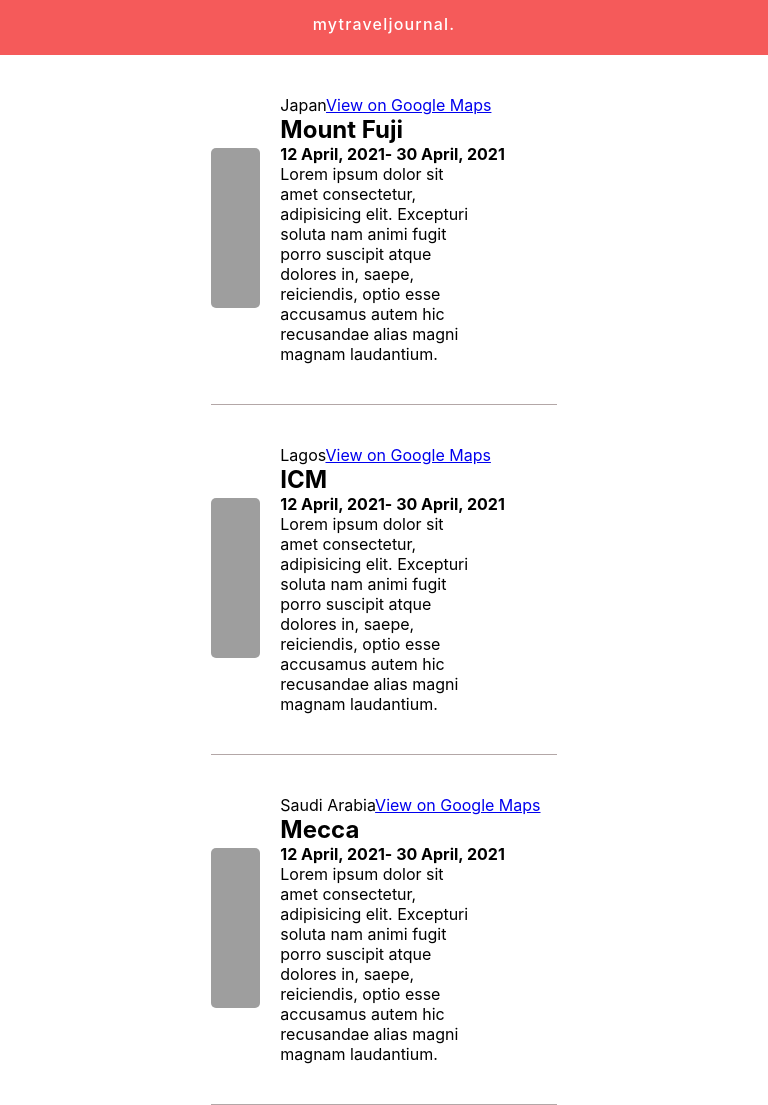
Repository: BuduCE/travel-journal
Page: /
These files come from the project's save history. The page is drawn as it stood at one moment and after the next save; the edit follows.
The browser window is 768 px wide. The pictures show the whole page.
Pictures or frames that could not be fetched are drawn as grey boxes. The project was rebuilt for these pictures with package versions that can differ from the ones it lists, and the page was loaded fresh each time.

Above is the page before, as saved 2022-08-25 13:43:36.

After the next save:
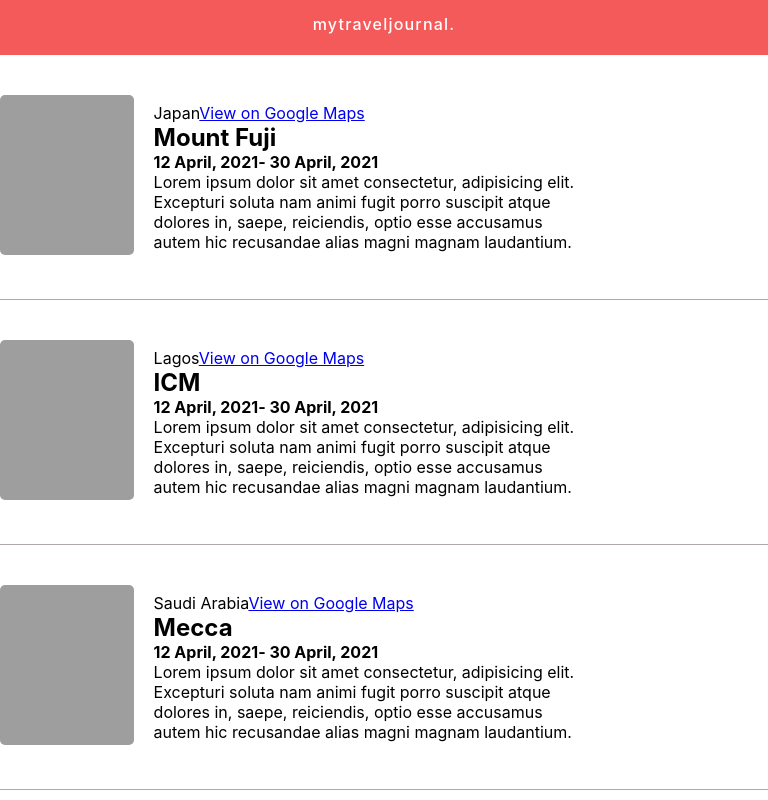
Saved 4 s later.
--- a/src/components/Tour/styles.css
+++ b/src/components/Tour/styles.css
@@ -23,6 +23,6 @@
 }
 @media screen and (max-width: 768px){
     .Tour{
-        w100
+        width: 100%;
     }
 }
